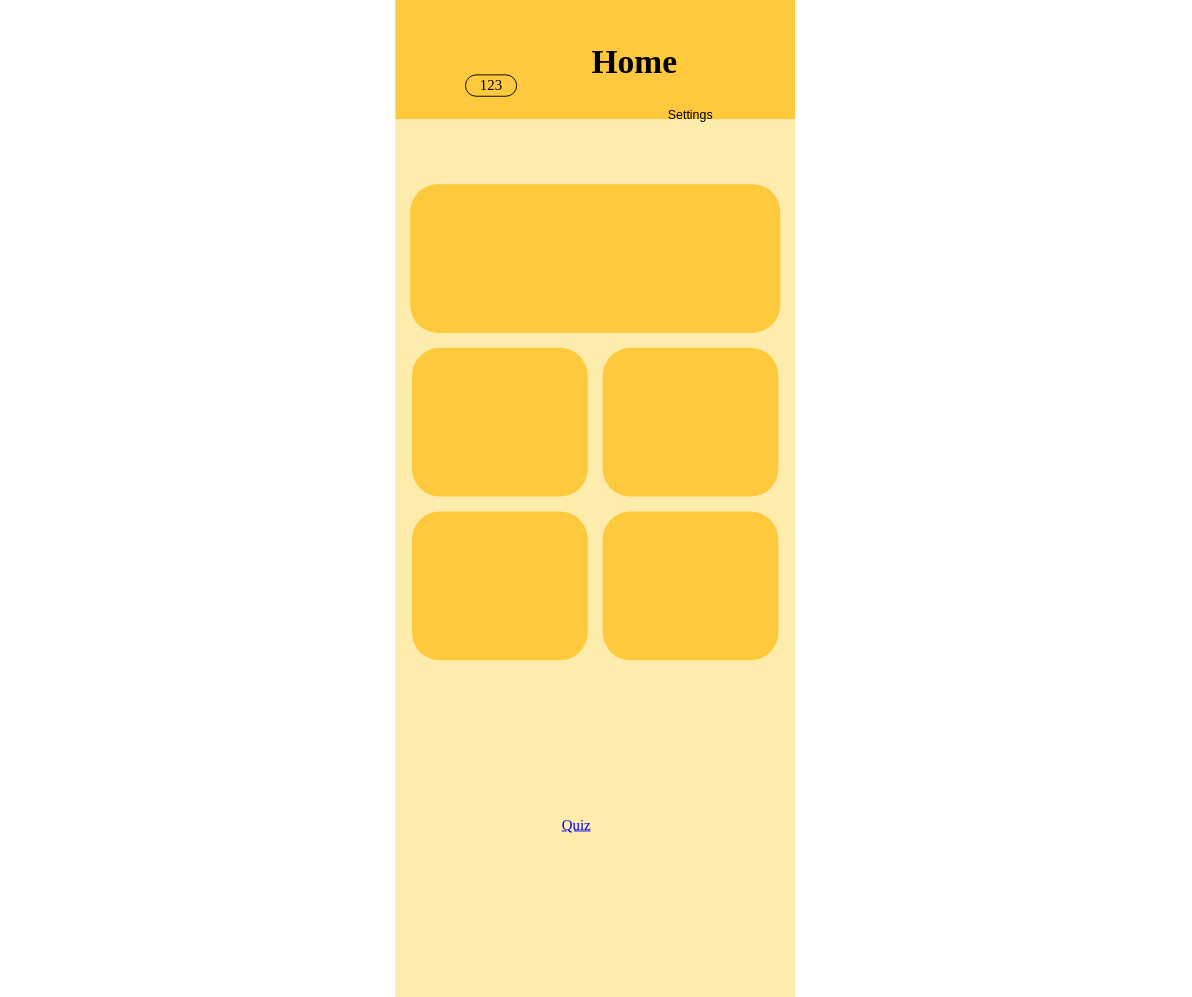
Repository: kellyzyhuang/HiveFive
Page: /
An editor plug-in stored every save of this project. The page is shown before and after the next save, followed by the edit.
The browser window is 1280 px wide. The page is 1282 px wide, so the pictures cover 1282 px, including what lies to the right of the window. The pictures show the whole page, at 93% of full size.
Some web fonts or font styles are not loaded; a fallback is used. The project was rebuilt for these pictures with package versions that can differ from the ones it lists, and the page was loaded fresh each time. The framework's server and built-in components were replaced by stand-ins that run in the browser. Also part of the build but not shown: next.config.js.

Above is the page before, as saved 2024-04-07 18:48:29.

### pages/index.js
import Head from 'next/head'
import Image from 'next/image'
import styles from '@/styles/Home.module.css'
import Header from '@/components/Header';
import NavBar from '@/components/NavBar';
export default function Home() {
  return (
    <>
      <Head>
        <title>Hive Five</title>
        <meta name="description" content="Save the bees one question at a time" />
        <meta name="viewport" content="width=device-width, initial-scale=1" />
        <link rel="icon" href="/favicon.ico" />
        <link rel="preconnect" href="https://fonts.googleapis.com"/>
        <link rel="preconnect" href="https://fonts.gstatic.com" crossorigin/>
        <link href="https://fonts.googleapis.com/css2?family=Besley:ital,wght@0,400..900;1,400..900&family=Lexend:wght@100..900&display=swap" rel="stylesheet"></link>
      </Head>
      <main className={styles.main}>
        <div className={styles.screen}>
          <Header title="Home"/>
          <div className={styles.buffer}></div>
            <img/>
            <div className={styles.activityGraph}></div>
            <div className={styles.gallery}>
              <div className={styles.item}></div>
              <div className={styles.item}></div>
              <div className={styles.item}></div>
              <div className={styles.item}></div>
            </div>
            <NavBar className={styles.nav}/>
        </div>
      </main>
    </>
  )
}

### styles/globals.css
:root {
  --secondary-color: #FEECAC;
  --accent-color: #FFC93D;
  --tertiary-color: #4D6A58;
  --black-text: #0000;
  --incorrect: #851313;
  --correct: #1E3E19;
  --shadow: #D5D1A7;
}

### styles/Home.module.css
.main {
  display: flex;
  justify-content: center;
  background-color: var(--black-text);
  min-height: 100vh;
  margin: -10px;
}

.screen {
  width: 430px;
  height: 100%;
  background-color: var(--secondary-color);
  display: flex;
  justify-content: center;
  flex-wrap: wrap;
}

.buffer{
  height: 10rem;
  width: 100%;
}

.screen img {
  background-color: var(--accent-color);
  width: 100%;
  border-radius: 30px;
  margin: 1rem;
}

.activityGraph {
  width: 100%;
  border-radius: 30px;
  height: 10rem;
  background-color: var(--accent-color);
  margin: 0.5rem 1rem;
}

.gallery {
  display: flex;
  flex-wrap: wrap;
  justify-content: center;
  width: 100%;
  margin-bottom: 10rem;
}

.item {
  width: 44%;
  height: 10rem;
  background-color: var(--accent-color);
  border-radius: 30px;
  margin: 0.5rem;
}

.nav {
  background-color: var(--accent-color);
  height: 9rem;
  width: 430px;
  position: fixed;
  bottom: 0;
  z-index: 1000;
}

### components/Header/index.js
import styles from './Header.module.css';
import Image from 'next/image';
import Link from 'next/link';

export default function Header({ title }) {
  return(
    <header className={styles.header}>
      {/* <Image src="/images/bee.png" alt="bee icon" width={1} height={1}/>  */}
      <ul className={styles.list}>
        <li className={styles.listItem}>
          <div className={styles.counter}>123</div>
        </li>
        <li className={styles.listItem}>
          <h1 className={styles.pageTitle}>{title}</h1>
        </li>
        <li className={styles.listItem}>
          <button className={styles.settings}><Link href="/Settings"><Image className={styles.settingsImg}/>Settings</Link></button>
        </li>
      </ul>
    </header>
  )
}

### components/NavBar/index.js
import styles from "./NavBar.module.css";
import Images from "next/Images";

export default function NavBar(){
    return(
        <nav className={styles.navBar}>
            <a href={"/"}>Quiz</a> {/* will change to icon*/}
            <div className={styles.navMenu}>{/* will add */}
            <ul className={styles.navList}>
                <li className={styles.activity}>
                    <a href={"/"}>
                        <img/>
                        <span className={styles.label}></span>
                    </a>
                </li>
                <li className={styles.learnMore}>
                    <a href={"/"}>
                        <img/>
                        <span className={styles.label}></span>
                    </a>
                </li>
                <li className={styles.settings}>
                    <a href="/">
                        <img/>
                        <span className={styles.label}></span>
                    </a>
                </li>
                <li className={styles.home}>
                    <a href={"/"}>
                        <img/>
                        <span className={styles.label}></span>
                    </a>
                </li>
            </ul>
            </div>
        </nav>
    )
}

### components/Header/Header.module.css
.header {
  background-color: var(--accent-color);
  height: 8rem;
  width: 430px;
  position: fixed;
  top: 0;
  z-index: 1000;
  display: flex;
  justify-content: center;
}

.list {
  list-style-type: none;
  display: flex;
}

.pageTitle {
  font-size: 2.25rem;
  padding-top: 0.3rem;
  margin-rigt: 7rem;
  align-items: center;
  text-align: center;
  width: 100%;
  font-family: 'Besley', serif;
}

.counter {
  border: 1px solid black;
  width: 3rem;
  height: 1rem;
  padding: 0.2rem;
  border-radius: 20px;
  background-color: none;
  display: flex;
  justify-content: center;
  align-items: center;
  margin-top: 4rem;
  margin-right: 5rem;
}

.settings {
  transform: translate(-2rem);
  margin-top: 4rem;
  background-color: inherit;
  border: none;
}

.settings a{
  color: black;
  text-decoration: none;
}

### components/NavBar/NavBar.module.css
.navBar{
    background-color: var(--secondary-color);
    color: var(--black-text);
}

Loaded but not shown: pages/_app.js (common file); pages/_document.js (common file)

After the next save:
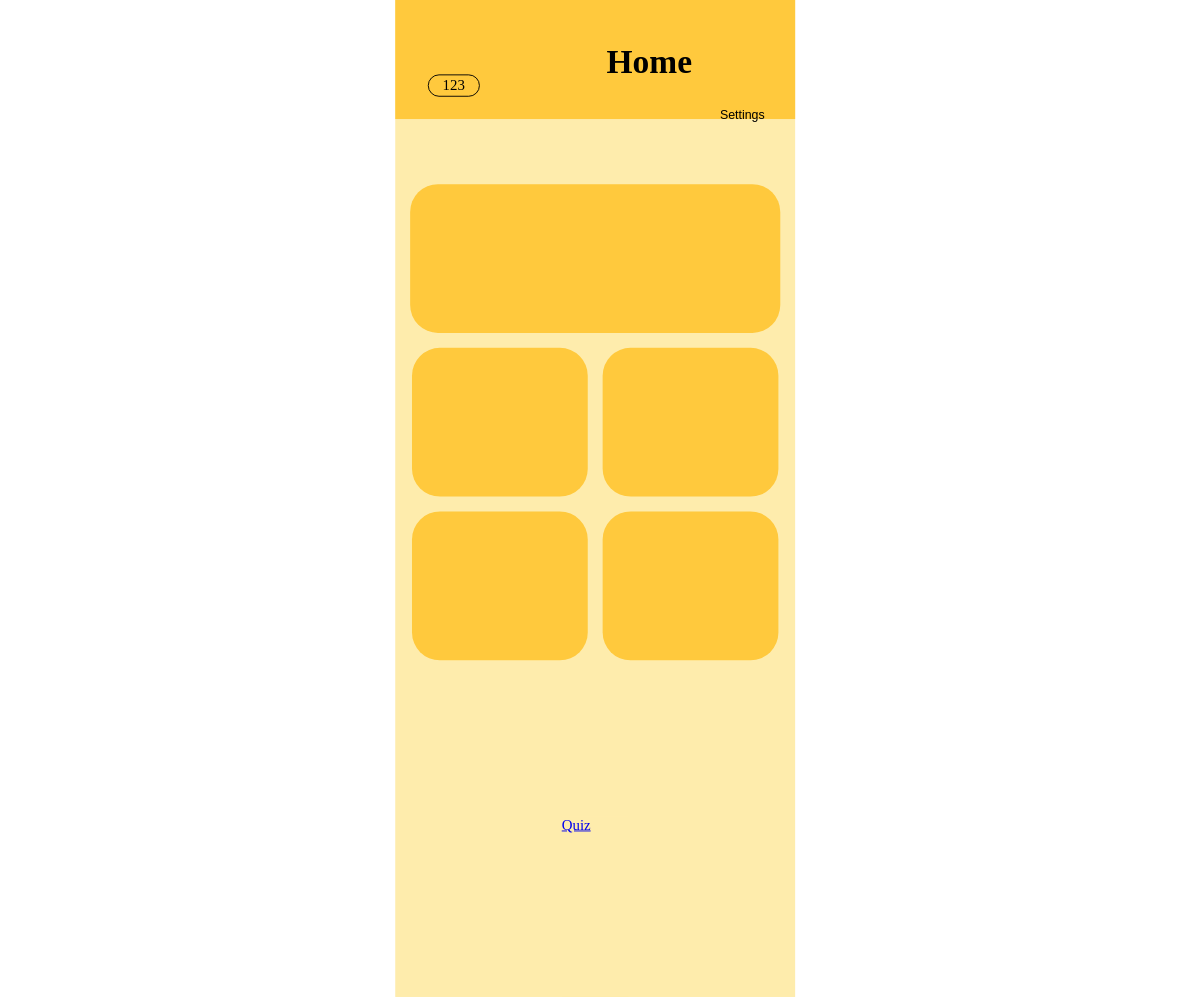
Saved 15 s later.
--- a/components/Header/Header.module.css
+++ b/components/Header/Header.module.css
@@ -17,7 +17,7 @@
 .pageTitle {
   font-size: 2.25rem;
   padding-top: 0.3rem;
-  margin-rigt: 7rem;
+  margin-right: 7rem;
   align-items: center;
   text-align: center;
   width: 100%;
